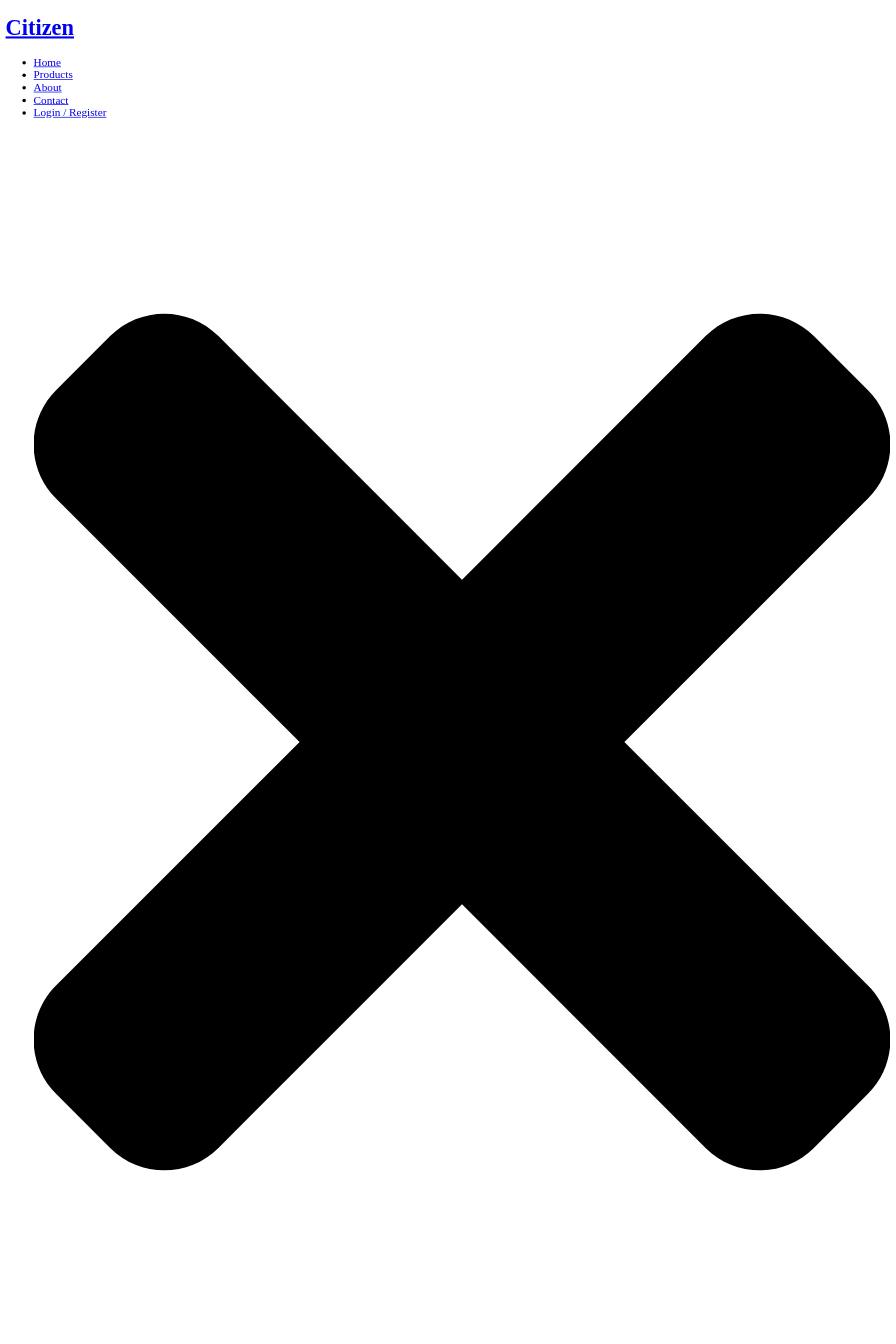
Repository: kiienle/shopping-cart
Page: /cart
These files come from the project's save history. The page is drawn as it stood at one moment and after the next save; the edit follows.
The browser window is 1280 px wide. The pictures show the part of the page from y = 0 to 1920 px (the page is 3427 px tall before and 720 px after), at 70% of full size.
The project was rebuilt for these pictures with package versions that can differ from the ones it lists, and the page was loaded fresh each time. Also part of the build but not shown: src/index.css, src/App.css.

Above is the page before, as saved 2021-12-17 09:17:45.

After the next save:
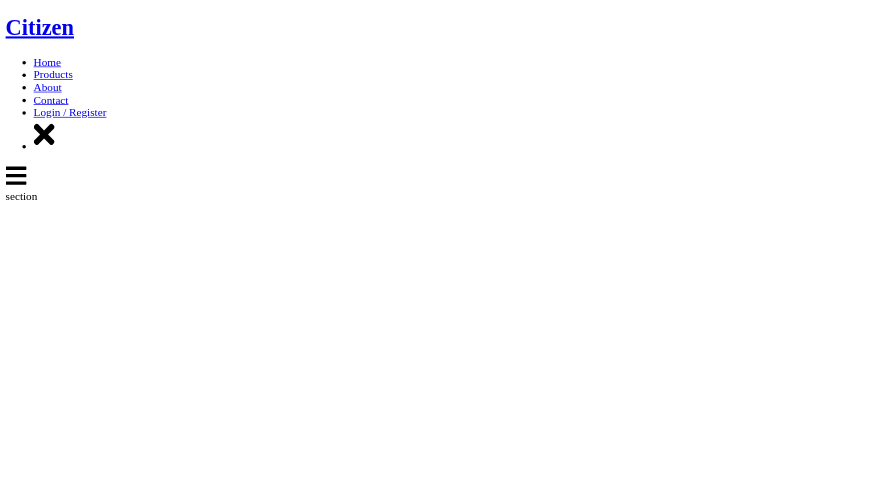
Saved 2 min 18 s later.
--- a/src/App.js
+++ b/src/App.js
@@ -18,13 +18,15 @@ function App() {
           <li><a href="/">Contact</a></li>
           <li><a href="/">Login / Register</a></li>
           <li>
-            <img src={Close} alt="" />
+            <img src={Close} alt="" width="30" />
           </li>
         </ul>
         <div className='menu'>
-          <img src={Menu}/>
+          <img src={Menu} width="30"/>
         </div>
       </header>
+
+      section
     </div>
   );
 }
